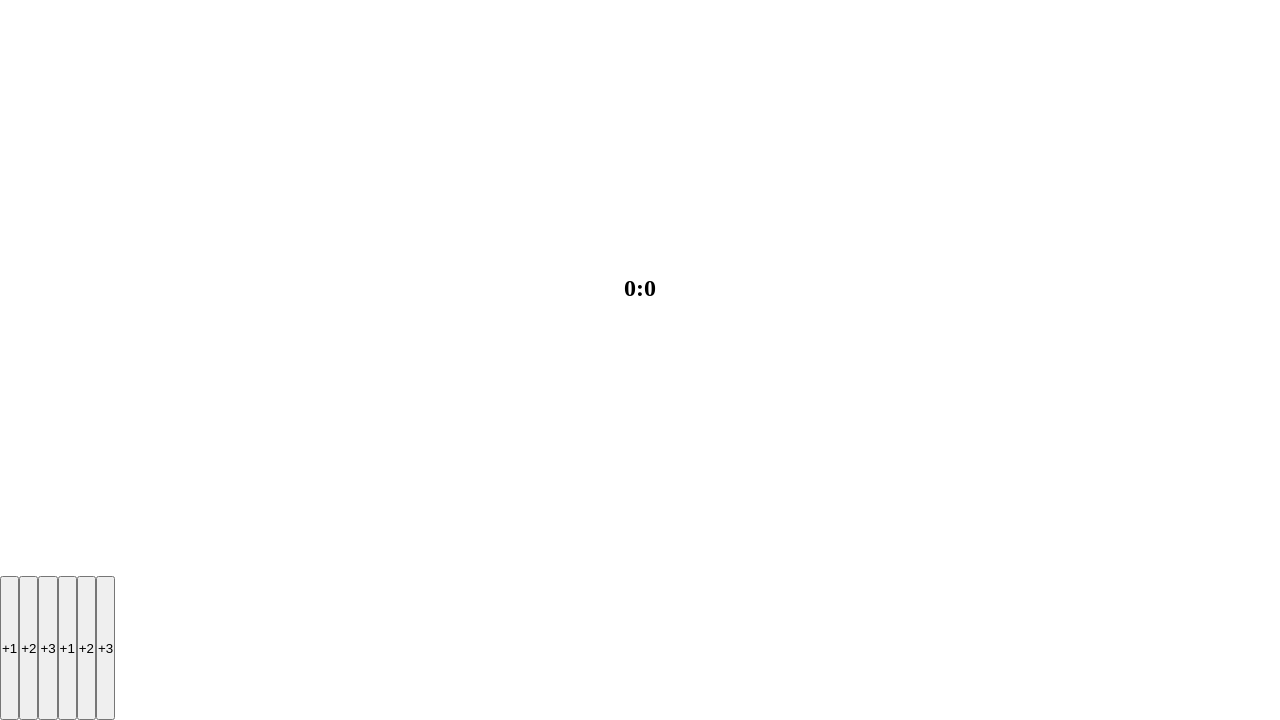
Repository: bollo89/scoreBoard
Page: index.html
These files come from the project's save history. The page is drawn as it stood at one moment and after the next save; the edit follows.
The browser window is 1280 px wide. The pictures show the whole page.

Above is the page before, as saved 2022-01-21 11:49:57.

### index.html
<!DOCTYPE html>
<html lang="en">
<head>
    <meta charset="UTF-8">
    <meta http-equiv="X-UA-Compatible" content="IE=edge">
    <meta name="viewport" content="width=device-width, initial-scale=1.0">
    <link rel="stylesheet" href="./style.css">
    <title>Document</title>
</head>
<body>
    <section class="score">
        <h1 class="home"></h1>
        <h1 class="colon">:</h1>
        <h1 class="away"></h1>
    </section>
    <section class="btns">
        <button class="btn1h">+1</button>
        <button class="btn2h">+2</button>
        <button class="btn3h">+3</button>

        <button class="btn1a">+1</button>
        <button class="btn2a">+2</button>
        <button class="btn3a">+3</button>
    </section>
<script src="./script.js"></script>
</body>
</html>

### style.css
* {
    margin: 0;
    padding: 0;
}
body {
     height: 100vh;
     width: 100vw;
}
.score {
    height: 80vh;
    display: flex;
    align-items: center;
    justify-content: center;
}
.btns {
    height: 20vh;
    width: 100vw;
    display: flex;
}
.btn1h .btn2h .btn3h {
    height: 5em;
    width: 5em;
    display: flex;
    align-items: flex-start;
    justify-content: flex-start;
}
.btn3a {

    align-items: flex-end;
    justify-content: flex-end;
}

### script.js
let home = document.querySelector('.home');
let n = 0;
home.innerHTML = n;

let away = document.querySelector('.away');
let m = 0;
away.innerHTML = m;

let btn1h = document.querySelector('.btn1h');
let btn2h = document.querySelector('.btn2h');
let btn3h = document.querySelector('.btn3h');
let btn1a = document.querySelector('.btn1a');
let btn2a = document.querySelector('.btn2a');
let btn3a = document.querySelector('.btn3a');
//punkty po lewej
function score1home() {
    n+=1;
    home.innerHTML = n;
    console.log(n);
}
function score2home() {
    n+=2;
    home.innerHTML = n;
    console.log(n);
}
function score3home() {
    n+=3;
    home.innerHTML = n;
    console.log(n);
}
//punkty po prawej
function score1away() {
    m+=1;
    away.innerHTML = m;
    console.log(m);
}
function score2away() {
    m+=2;
    away.innerHTML = m;
    console.log(m);
}
function score3away() {
    m+=3;
    away.innerHTML = m;
    console.log(m);
}

//przyciskibtn1.addEventListener('click',score1home,false);
btn1h.addEventListener('click',score1home,false);
btn2h.addEventListener('click',score2home,false);
btn3h.addEventListener('click',score3home,false);
btn1a.addEventListener('click',score1away,false);
btn2a.addEventListener('click',score2away,false);
btn3a.addEventListener('click',score3away,false);

After the next save:
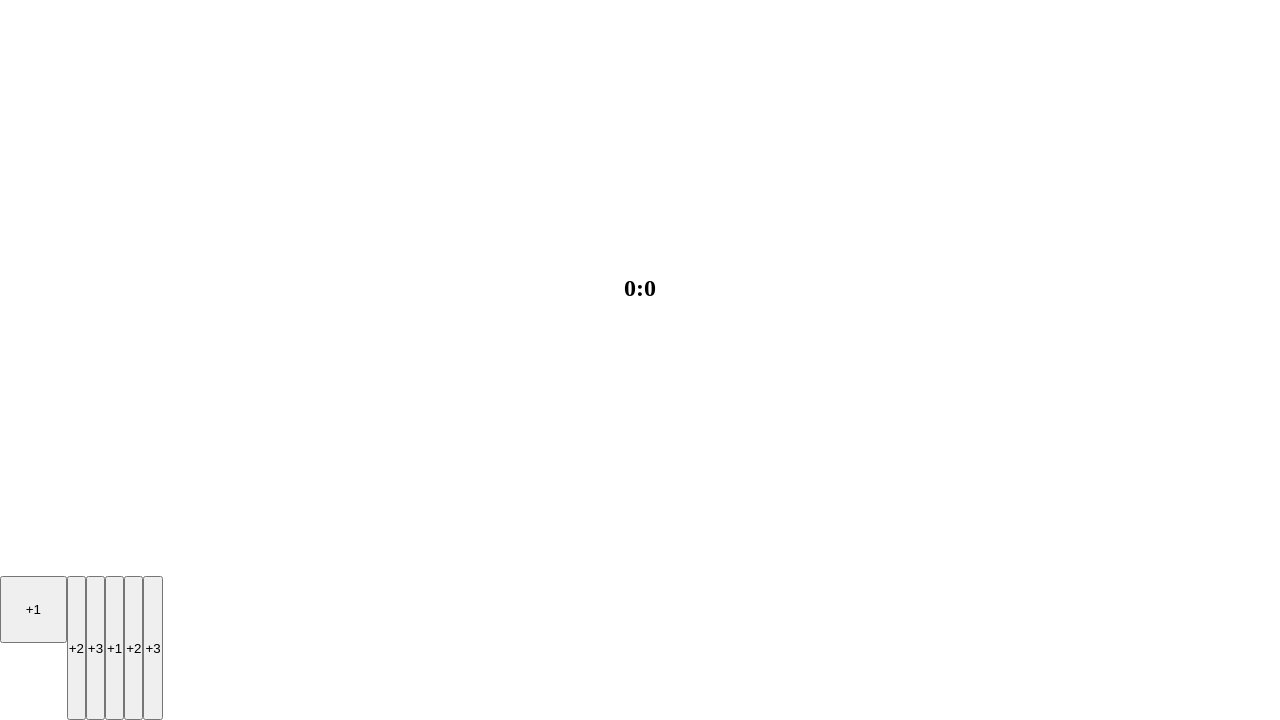
Saved 32 s later.
--- a/style.css
+++ b/style.css
@@ -17,10 +17,10 @@
     width: 100vw;
     display: flex;
 }
-.btn1h .btn2h .btn3h {
+.btn1h {
     height: 5em;
     width: 5em;
-    display: flex;
+
     align-items: flex-start;
     justify-content: flex-start;
 }

After the save that followed:
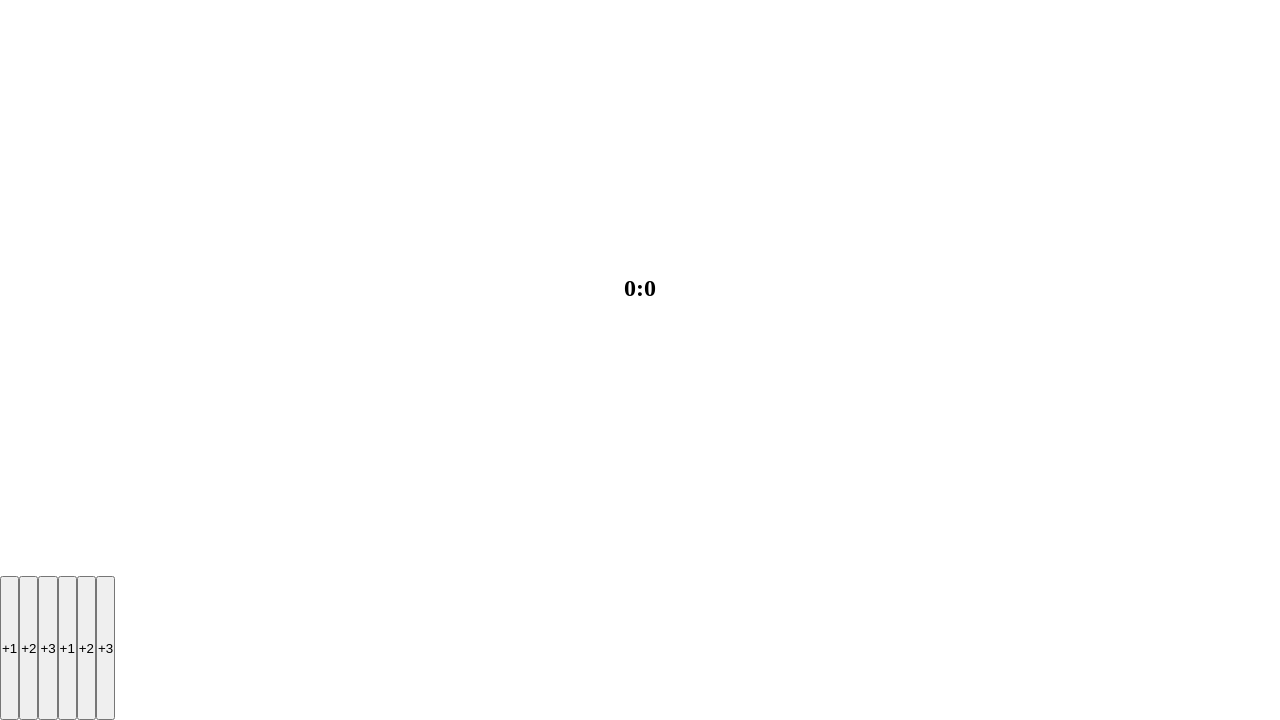
Saved 16 s later.
--- a/style.css
+++ b/style.css
@@ -17,7 +17,7 @@
     width: 100vw;
     display: flex;
 }
-.btn1h {
+.btn1h .btn2h {
     height: 5em;
     width: 5em;
 
